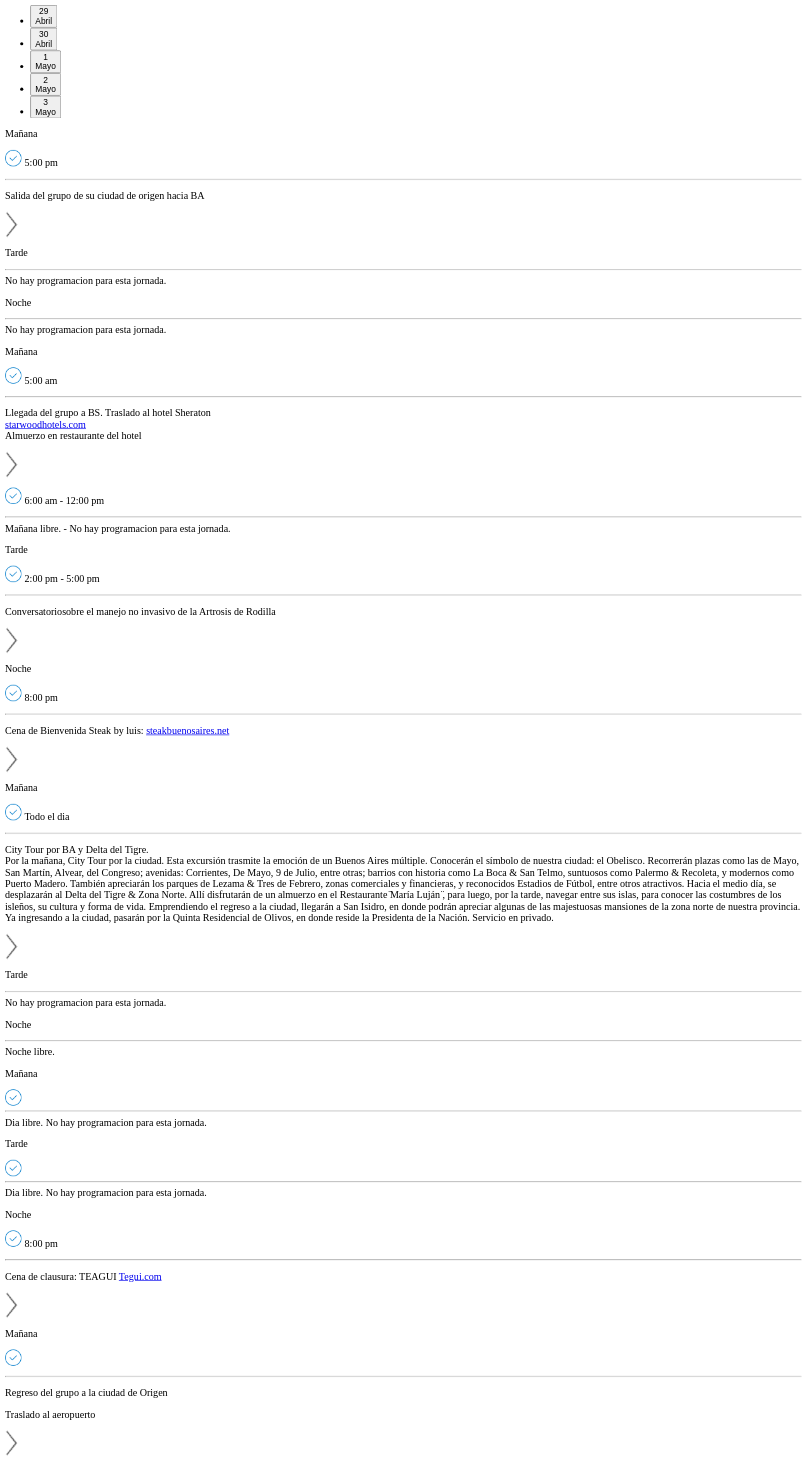
Repository: pacoigloo/Anexia
Page: agenda.html
The author's editor kept a record of every edit. The page is drawn from the files as they stood at one moment, then again after the next edit.
The browser window is 1280 px wide. The pictures show the whole page, at 63% of full size.

Above is the page before.

### agenda.html
<section id="calendario">
    <ul>
        <li><button id="btn1" onclick="MostrarHorarios('1')">29<br>Abril</button></li>
        <li><button id="btn2" onclick="MostrarHorarios('2')">30<br>Abril</button></li>
        <li><button id="btn3" onclick="MostrarHorarios('3')">1<br>Mayo</button></li>
        <li><button id="btn4" onclick="MostrarHorarios('4')">2<br>Mayo</button></li>
        <li><button id="btn5" onclick="MostrarHorarios('5')">3<br>Mayo</button></li>
    </ul>
</section>
<section id="jornadas">
    <div id="dia1">
        <div>
            <p>
                Mañana
            </p>
            <div id="contenT">
                <p id="hora"><img src="img/check.png"></img> 5:00 pm</p>
                <hr>
                <div>
                <p>Salida del grupo de su ciudad de origen hacia BA</p>
                <p id="flecha"><img src="img/flecha-derecha.png"></img></p>
                </div>
            </div>
        </div>
        <div>
            <p>
                Tarde
            </p>
            <div id="contenT">
                <hr>
                No hay programacion para esta jornada.
            </div>
        </div>
        <div>
            <p>
                Noche
            </p>
            <div id="contenT">
                <hr>
                No hay programacion para esta jornada.
            </div>
        </div>
    </div>
    <div id="dia2">
        <div>
            <p>
                Mañana
            </p>
            <div id="contenT">
                <p id="hora"><img src="img/check.png"></img> 5:00 am</p>
                <hr>
                <p>Llegada del grupo a BS. Traslado al hotel Sheraton<br>
                <a href="http://www.starwoodhotels.com/sheraton/property/overview/index.html?propertyID=260">starwoodhotels.com</a><br>
                Almuerzo en restaurante del hotel</p>
                <p><img src="img/flecha-derecha.png" id="flecha"></img></p>
            </div>
            <div id="contenT">
                <p id="hora"><img src="img/check.png"></img> 6:00 am - 12:00 pm</p>
                <hr>
                Mañana libre. -
                No hay programacion para esta jornada.
            </div>
        </div>
        <div>
            <p>
                Tarde
            </p>
            <div id="contenT">
                <p id="hora"><img src="img/check.png"></img> 2:00 pm - 5:00 pm</p>
                <hr>
                <p>Conversatoriosobre el manejo no invasivo de la Artrosis de Rodilla</p>
                <p><img src="img/flecha-derecha.png" id="flecha"></img></p>
            </div>
        </div>
        <div>
            <p>
                Noche
            </p>
            <div id="contenT">
                <p id="hora"><img src="img/check.png"></img> 8:00 pm</p>
                <hr>
                <p>Cena de Bienvenida Steak by luis: <a href="https://steakbuenosaires.net/steak/">steakbuenosaires.net</a></p>
                <p><img src="img/flecha-derecha.png" id="flecha"></img></p>
            </div>
        </div>
    </div>
    <div id="dia3">
        <div>
            <p>
                Mañana
            </p>
            <div id="contenT">
                <p id="hora"><img src="img/check.png"></img> Todo el dia</p>
                <hr>
                <p>City Tour por BA y Delta del Tigre. <br> Por la mañana, City Tour por la ciudad. Esta excursión trasmite la emoción de un Buenos Aires múltiple. Conocerán el símbolo de nuestra ciudad: el Obelisco. Recorrerán plazas como las de Mayo, San Martín, Alvear, del Congreso; avenidas: Corrientes, De Mayo, 9 de Julio, entre otras; barrios con historia como La Boca & San Telmo, suntuosos como Palermo & Recoleta, y modernos como Puerto Madero. También apreciarán los parques de Lezama & Tres de Febrero, zonas comerciales y financieras, y reconocidos Estadios de Fútbol, entre otros atractivos. Hacia el medio día, se desplazarán al Delta del Tigre & Zona Norte. Allí disfrutarán de un almuerzo en el Restaurante  ̈María Luján ̈, para luego, por la tarde, navegar entre sus islas, para conocer las costumbres de los isleños, su cultura y forma de vida. Emprendiendo el regreso a la ciudad, llegarán a San Isidro, en donde podrán apreciar algunas de las majestuosas mansiones de la zona norte de nuestra provincia. Ya ingresando a la ciudad, pasarán por la Quinta Residencial de Olivos, en donde reside la Presidenta de la Nación. Servicio en privado.</p>
                <p><img src="img/flecha-derecha.png" id="flecha"></img></p>
            </div>
        </div>
        <div>
            <p>
                Tarde
            </p>
            <div id="contenT"><hr>
                No hay programacion para esta jornada.
            </div>
        </div>
        <div>
            <p>
                Noche
            </p>
            <div id="contenT"><hr>
                Noche libre.
            </div>
        </div>
    </div>
    <div id="dia4">
        <div>
            <p>
                Mañana
            </p>
            <div id="contenT">
                <img src="img/check.png"></img><hr>
                Dia libre. No hay programacion para esta jornada.
            </div>
        </div>
        <div>
            <p>
                Tarde
            </p>
            <div id="contenT">
                <img src="img/check.png"></img><hr>
                Dia libre. No hay programacion para esta jornada.
            </div>
        </div>
        <div>
            <p>
                Noche
            </p>
            <div id="contenT">
                <p id="hora"><img src="img/check.png"></img> 8:00 pm</p>
                <hr>
                <p>Cena de clausura: TEAGUI <a href="http://tegui.com.ar">Tegui.com</a></p>
                <p><img src="img/flecha-derecha.png" id="flecha"></img></p>
            </div>
        </div>
    </div>
    <div id="dia5">
        <div>
            <p>
                Mañana
            </p>
            <div id="contenT">
                <p id="hora"><img src="img/check.png"></img></p>
                <hr>
                <p>Regreso del grupo a la ciudad de Origen</p>
                <p>Traslado al aeropuerto</p>
                <p><img src="img/flecha-derecha.png" id="flecha"></img></p>
            </div>
        </div>
    </div>
</section>

After the next edit:
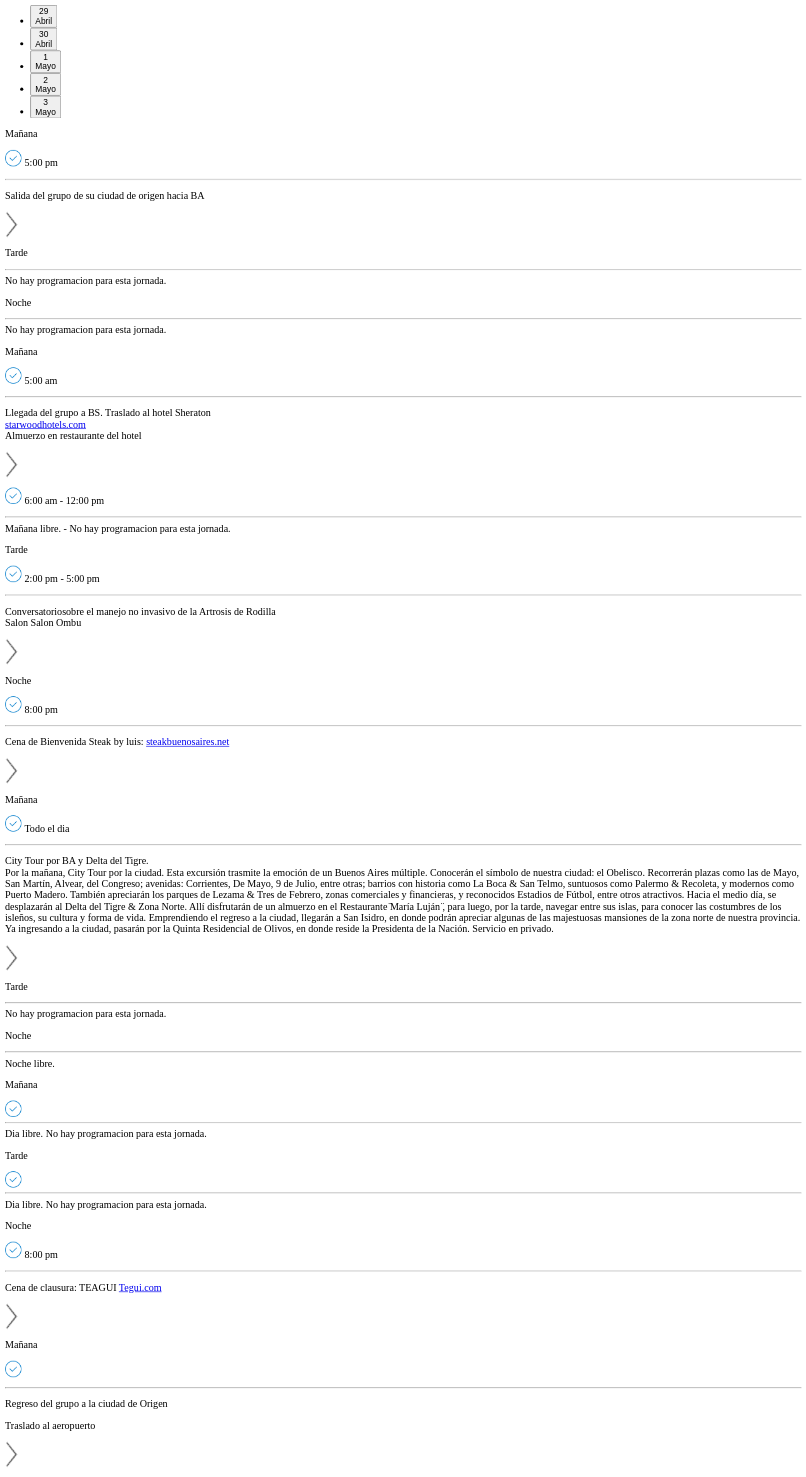
The edit:
--- a/agenda.html
+++ b/agenda.html
@@ -68,7 +68,7 @@
             <div id="contenT">
                 <p id="hora"><img src="img/check.png"></img> 2:00 pm - 5:00 pm</p>
                 <hr>
-                <p>Conversatoriosobre el manejo no invasivo de la Artrosis de Rodilla</p>
+                <p>Conversatoriosobre el manejo no invasivo de la Artrosis de Rodilla<br>Salon Salon Ombu</p>
                 <p><img src="img/flecha-derecha.png" id="flecha"></img></p>
             </div>
         </div>
